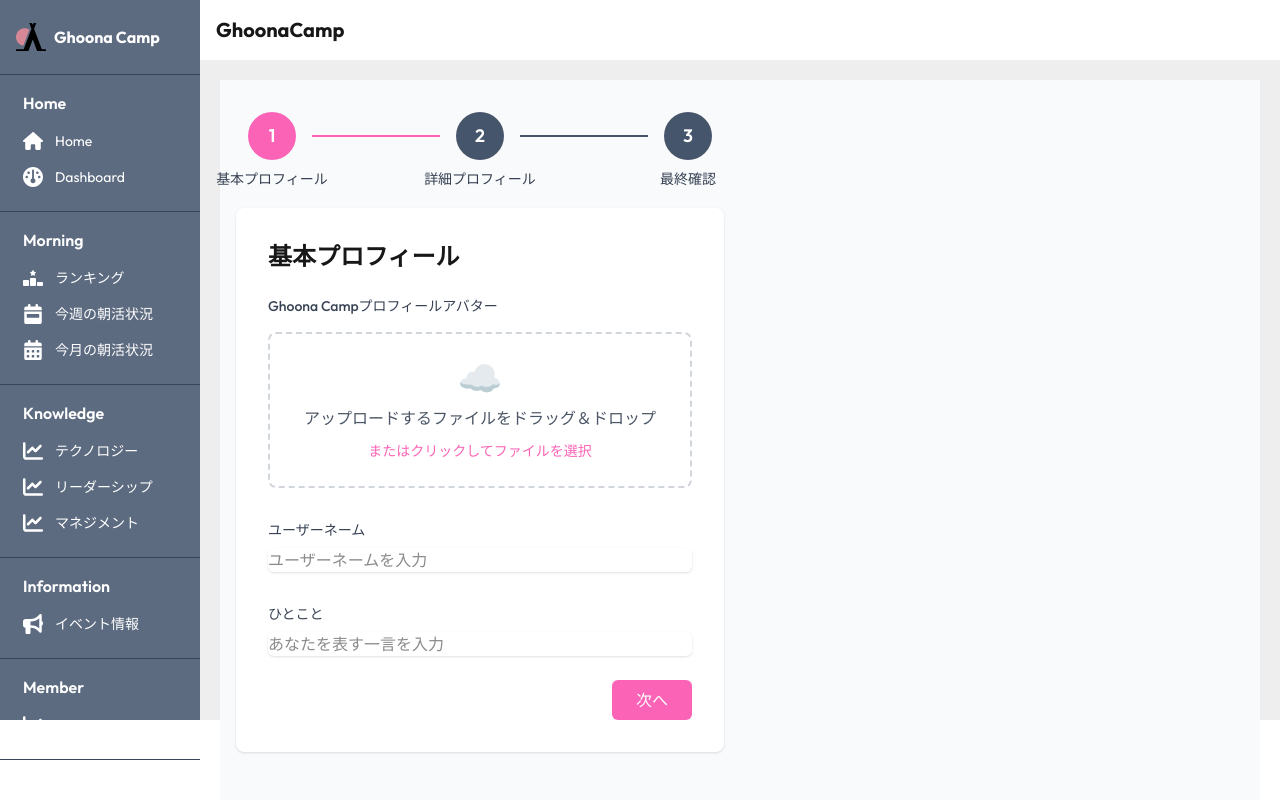
Repository: ShotaGhoona/ghoonacamp_platform
Page: /setting/profile
The author's editor kept a copy of each file at every save. The page is drawn from the files as they stood at one save, then again after the next save.
The browser window is 1280 px wide. The pictures show the whole page.
The page's requests for data from a server got no answer. The project was rebuilt for these pictures with package versions that can differ from the ones it lists, and the page was loaded fresh each time. Some packages were replaced by stand-ins written for this rebuild. The framework's server and built-in components were replaced by stand-ins that run in the browser. No one was signed in, and anything a server would have sent is missing. Also part of the build but not shown: next.config.js, src/features/setting/profile/display/DetailProfileForm.tsx, src/features/setting/profile/display/ConfirmationView.tsx.

Above is the page before, as saved 2025-04-29 13:03:33.

After the next save:
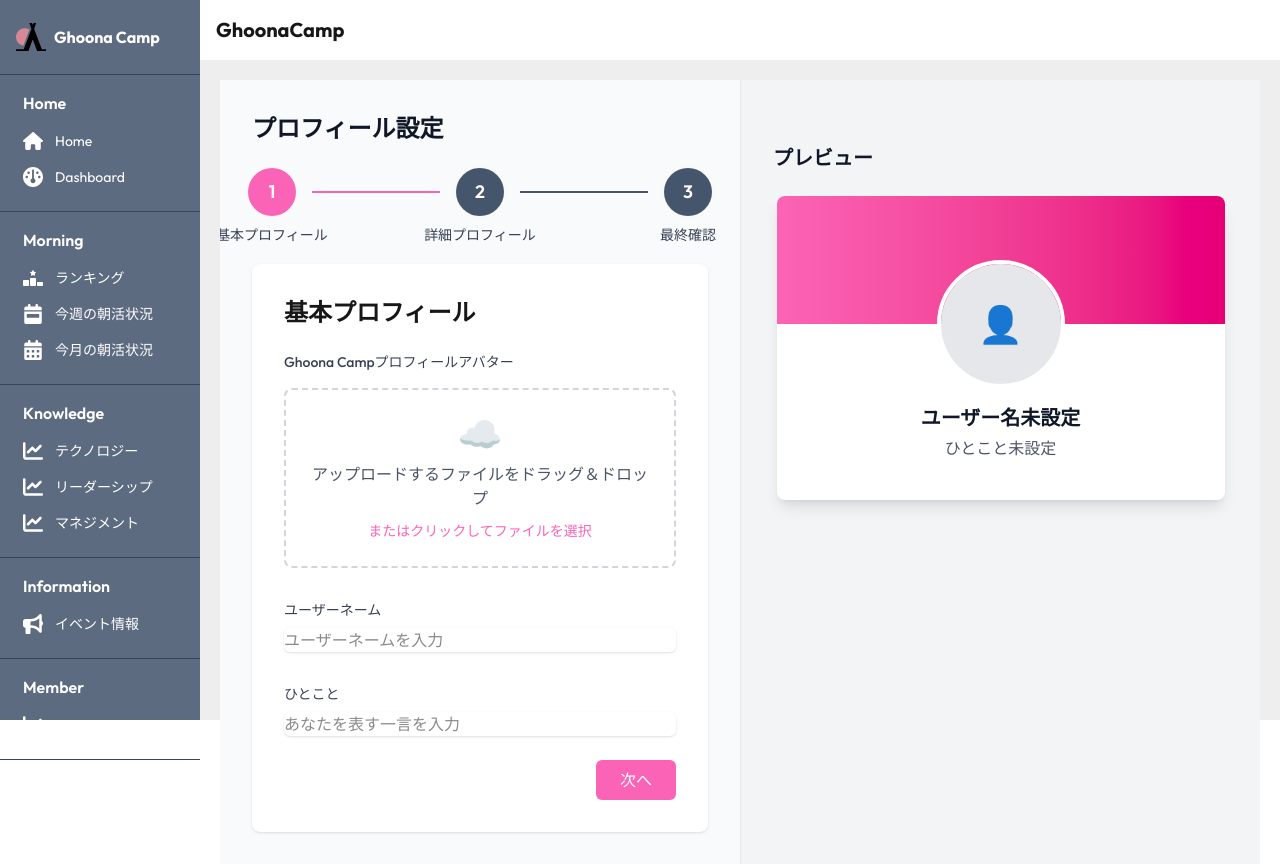
Saved 101 s later.
--- a/src/app/setting/profile/page.tsx
+++ b/src/app/setting/profile/page.tsx
@@ -5,6 +5,7 @@ import { StepIndicator } from '@/features/setting/profile/components/StepIndicat
 import { BasicProfileForm } from '@/features/setting/profile/display/BasicProfileForm';
 import { DetailProfileForm } from '@/features/setting/profile/display/DetailProfileForm';
 import { ConfirmationView } from '@/features/setting/profile/display/ConfirmationView';
+import { ProfilePreview } from '@/features/setting/profile/components/ProfilePreview';
 import { useProfileForm } from '@/features/setting/profile/hooks/useProfileForm';
 
 export default function ProfileSettingPage() {
@@ -34,12 +35,16 @@ export default function ProfileSettingPage() {
   };
 
   return (
-    <div className="min-h-screen flex bg-gray-50 py-8">
-      <div className="w-1/2 px-4">
+    <div className="min-h-screen flex bg-gray-50">
+      {/* 左側：フォーム */}
+      <div className="w-1/2 p-8 overflow-y-auto">
+        <h1 className="text-2xl font-bold text-gray-900 mb-6">プロフィール設定</h1>
+
         {/* ステップインジケーター */}
         <StepIndicator currentStep={currentStep} />
+
         {/* フォームコンテンツ */}
-        <div className="bg-white rounded-lg shadow-sm p-6 md:p-8">
+        <div className="bg-white rounded-lg shadow-sm p-6 md:p-8 mt-8">
           {currentStep === 'basic' && (
             <BasicProfileForm
               formData={formData}
@@ -68,8 +73,13 @@ export default function ProfileSettingPage() {
           )}
         </div>
       </div>
-      <div className="w-1/2">
-        {/* プレビューがリアルタイムで見れるようにしたい */}
+
+      {/* 右側：プレビュー */}
+      <div className="w-1/2 bg-gray-100 p-8 overflow-y-auto border-l border-gray-200">
+        <div className="sticky top-8">
+          <h2 className="text-xl font-semibold text-gray-900 mb-6">プレビュー</h2>
+          <ProfilePreview formData={formData} />
+        </div>
       </div>
     </div>
   );
